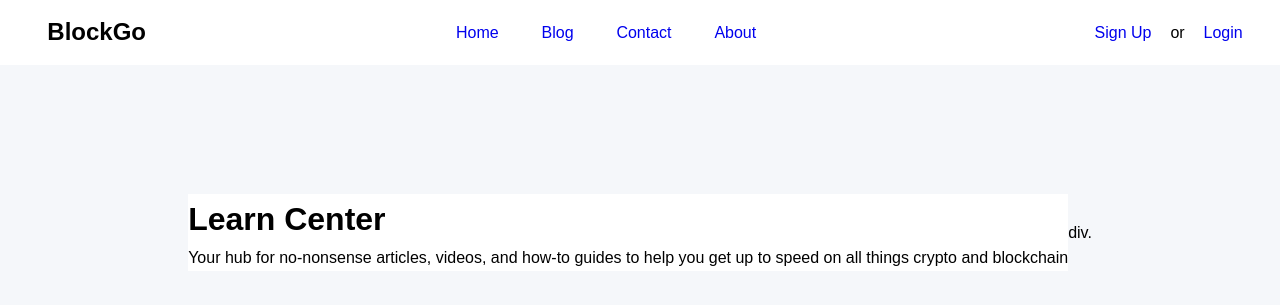
Repository: Tafsirul555/Assignment
Page: Assignment1.html
The author's editor kept a copy of each file at every save. The page is drawn from the files as they stood at one save, then again after a run of saves.
The browser window is 1280 px wide. The pictures show the whole page.

Above is the page before, as saved 2025-06-06 00:00:13.

### Assignment1.html
<!DOCTYPE html>
<html lang="en">
<head>
    <meta charset="UTF-8">
    <meta name="viewport" content="width=device-width, initial-scale=1.0">
    <link rel="stylesheet" href="Assignment1.css">
    <title>Document</title>
</head>
<body>
    <nav class="navbar">

        <div class="logo">
            <h1>BlockGo</h1>
        </div>

        <div class="nav-link">

                    <a href="#">Home</a>
                    <a href="#">Blog</a>
                    <a href="#">Contact</a>
                    <a href="#">About</a>
        </div>
        <div class="Data">
            <a href="#" class="SignUp">Sign Up</a>
            <p>&nbsp;or&nbsp;</p>
            <a href="#" class="Login">Login</a>
        </div>
    </nav>

    <header class="Headerbar">
        <div class="Header-banner">
            <h1>Learn Center</h1>
            <p>Your hub for no-nonsense articles, videos, and how-to guides to help you get up to speed on all things crypto and blockchain</p>
        </div>

        div.
    </header>
</body>
</html>

### Assignment1.css
*{
    margin: 0;
    padding: 0;
    box-sizing: border-box;
    text-decoration: none;
    background: rgba(255, 255, 255, 1);

}

body{
    font-family: Arial, Helvetica, sans-serif;
    line-height: 1.6;
}

.navbar{
    width: 100%;
    height: 9vh;
    /* left: -127px;
    padding: 11.14px, 100.23px, 11.14px, 100.23px;
    gap: 43.85px; */
    color: #f5f5ff 0%;
    box-shadow: 0px 2.78px 5.57px 0px rgba(171, 190, 209, 0.4);
    display: flex;
    justify-content: center;
    align-items: center;
}

/* .nav-link{
    width: 254.1160888671875px;
    height: 17px;
    gap: 16.71px;
    display: flex;
    justify-content: center;
} */

.navbar div,
.navbar a,
.navbar h1,
.navbar p{
    display: inline-block;
}

.navbar .logo,
.navbar .nav-link{
    margin-right: 290px;
}

.navbar .logo,
.navbar .nav-link,
.navbar .data,
.navbar p{
    padding: 10px;
    text-align: center;
}

.navbar .nav-link a{
    padding-right: 3vw;
}

/* .navbar a{
    text-align: center;
}

.navbar .data{
    float: right;
    display: flex;
    justify-content: flex-end;
} */

.Headerbar{
    width: 100%;
    height: 335px;
    background: rgba(245, 247, 250, 1);
    display: flex;
    justify-content: center;
    align-items: center;
}

After the next 8 saves:
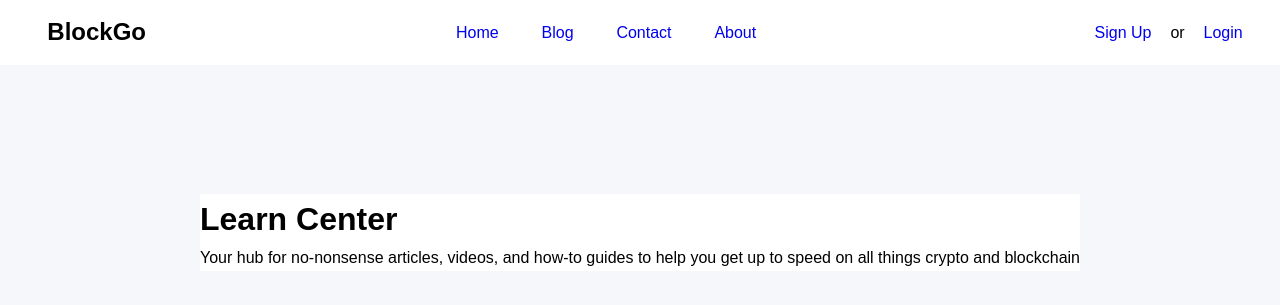
The 8 saves are shown as one change because they came seconds apart.
The last was saved 33 s later.
--- a/Assignment1.html
+++ b/Assignment1.html
@@ -33,7 +33,9 @@
             <p>Your hub for no-nonsense articles, videos, and how-to guides to help you get up to speed on all things crypto and blockchain</p>
         </div>
 
-        div.
+        <div class="header button">
+            <a href="#"></a>
+        </div>
     </header>
 </body>
 </html>
